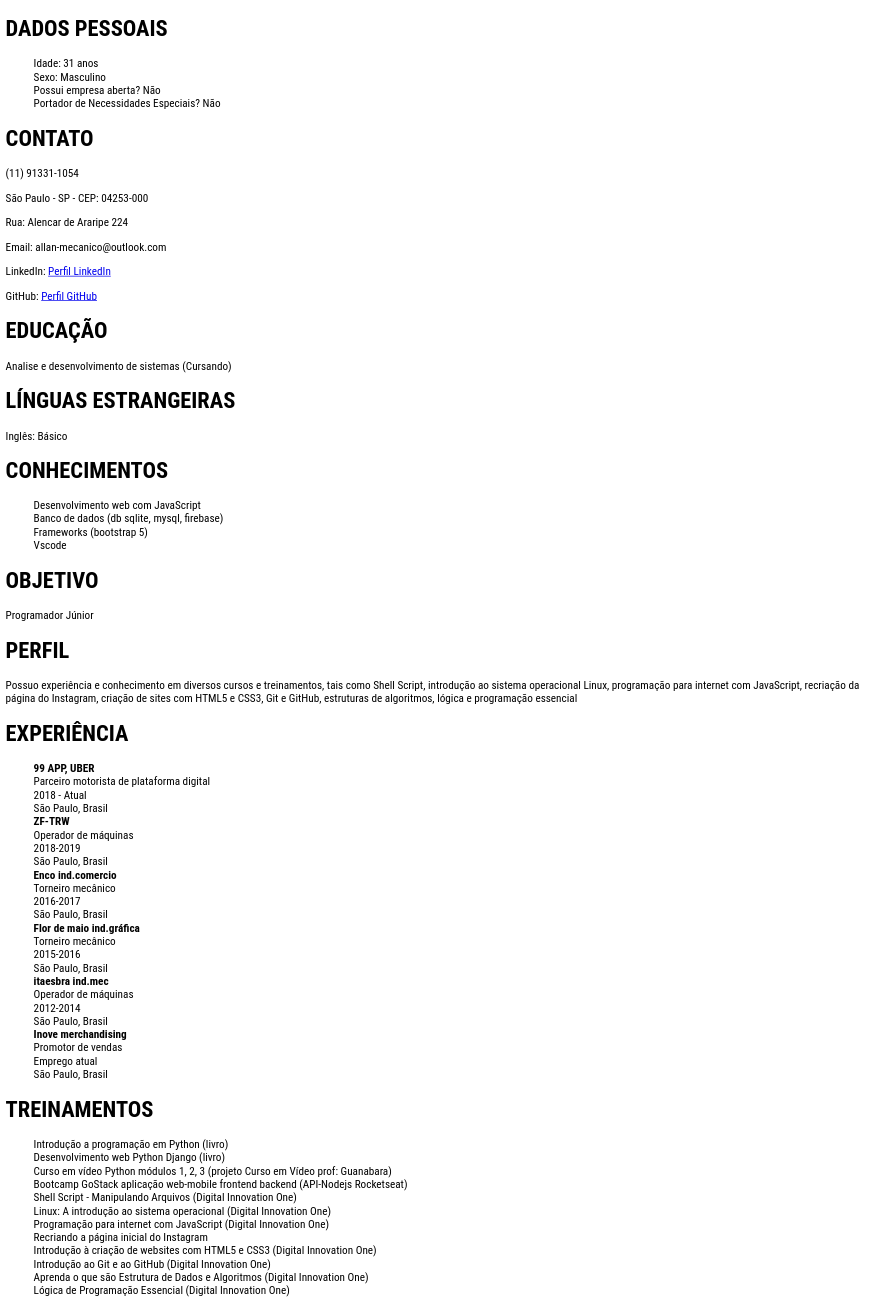
Repository: alfredo-allan/Portfolio
Page: curriculo.html
These files come from the project's save history. The page is drawn as it stood at one moment and after the next save; the edit follows.
The browser window is 1280 px wide. The pictures show the whole page, at 70% of full size.

Above is the page before, as saved 2024-03-20 14:48:17.

After the next save:
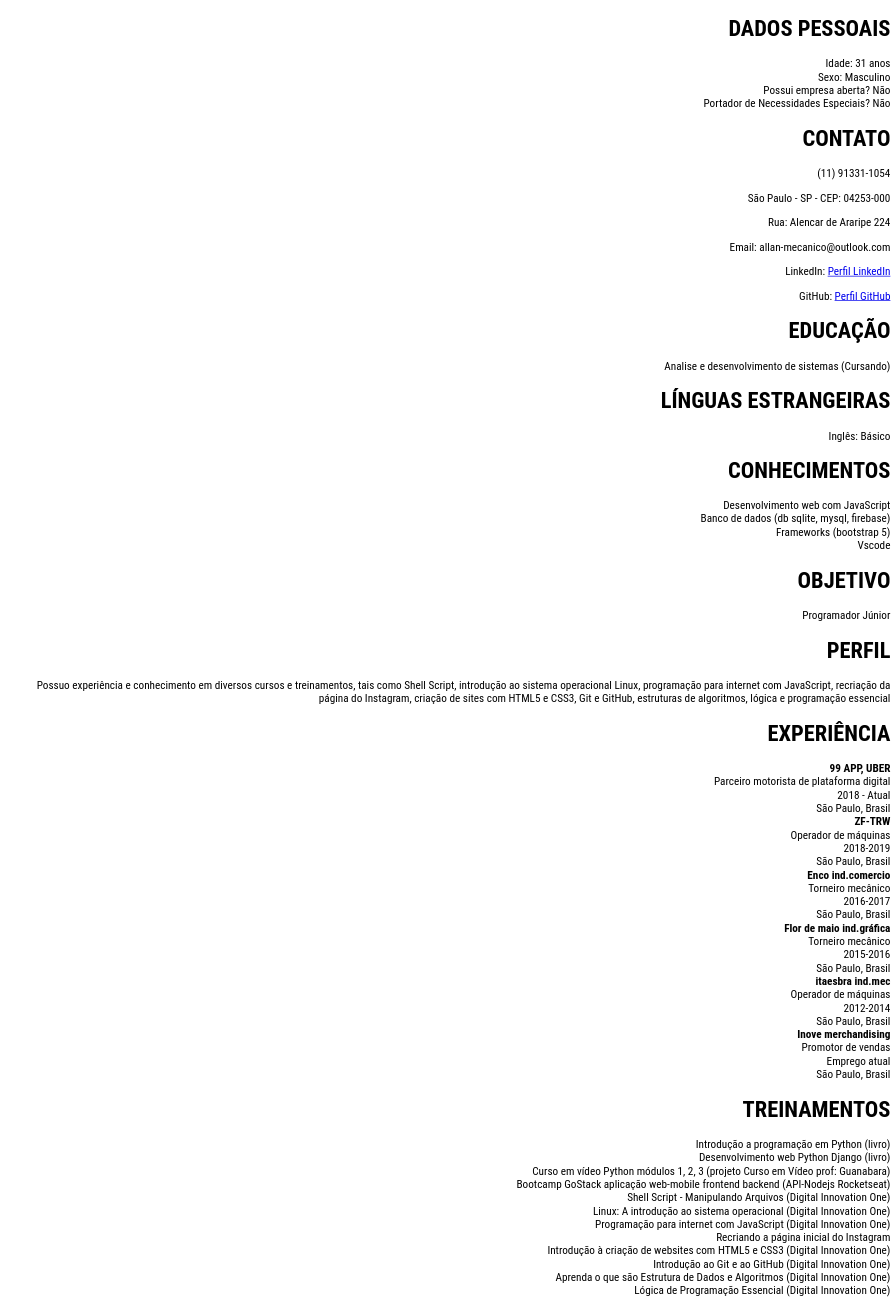
Saved 4 s later.
--- a/src/assets/styles/curriculo.css
+++ b/src/assets/styles/curriculo.css
@@ -1,6 +1,6 @@
 :root {
 	--roboto-condensed: "Roboto Condensed", sans-serif;
-	text-align: ;
+	text-align: right;
 }
 
 body {

After the save that followed:
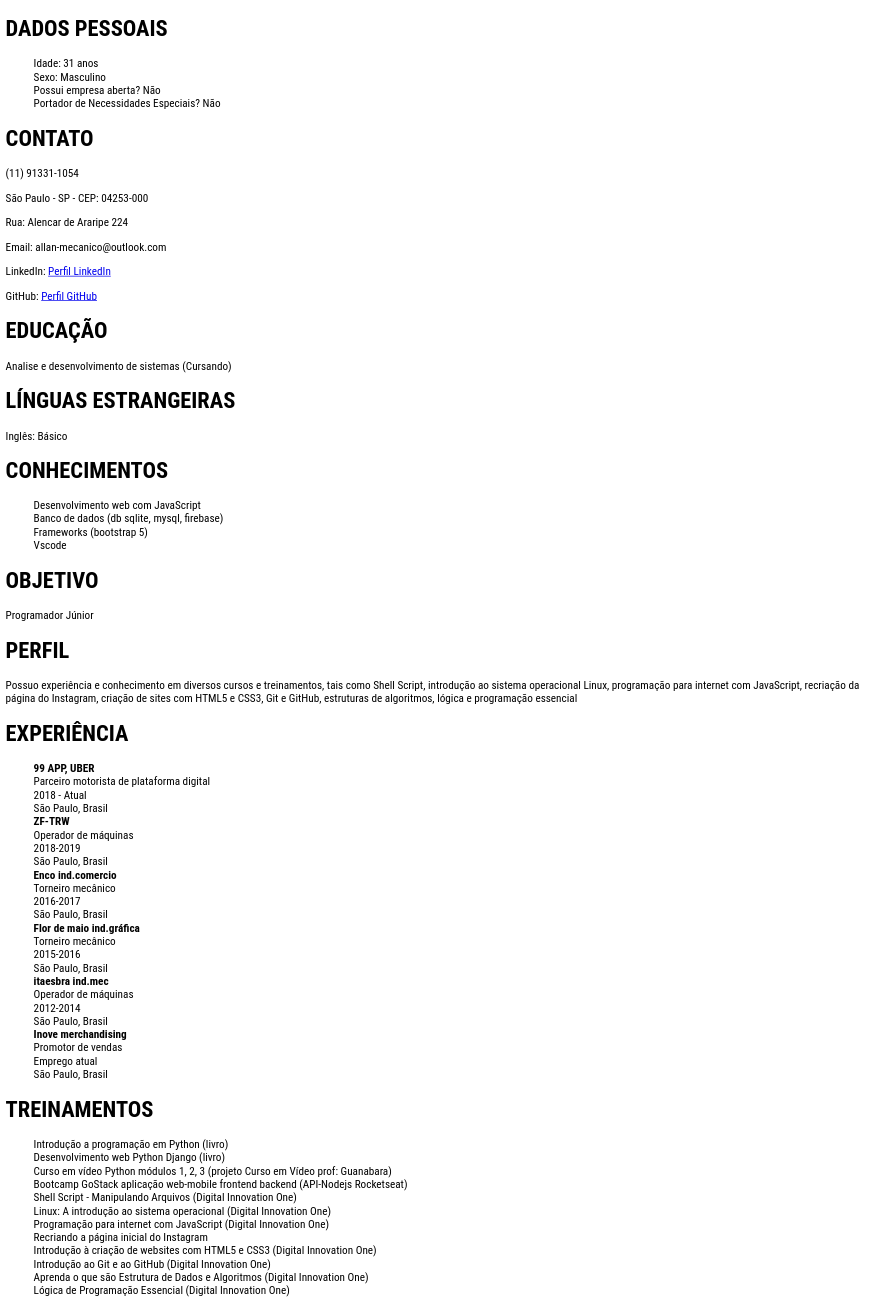
Saved 8 s later.
--- a/src/assets/styles/curriculo.css
+++ b/src/assets/styles/curriculo.css
@@ -1,6 +1,6 @@
 :root {
 	--roboto-condensed: "Roboto Condensed", sans-serif;
-	text-align: right;
+	text-align: left;
 }
 
 body {
